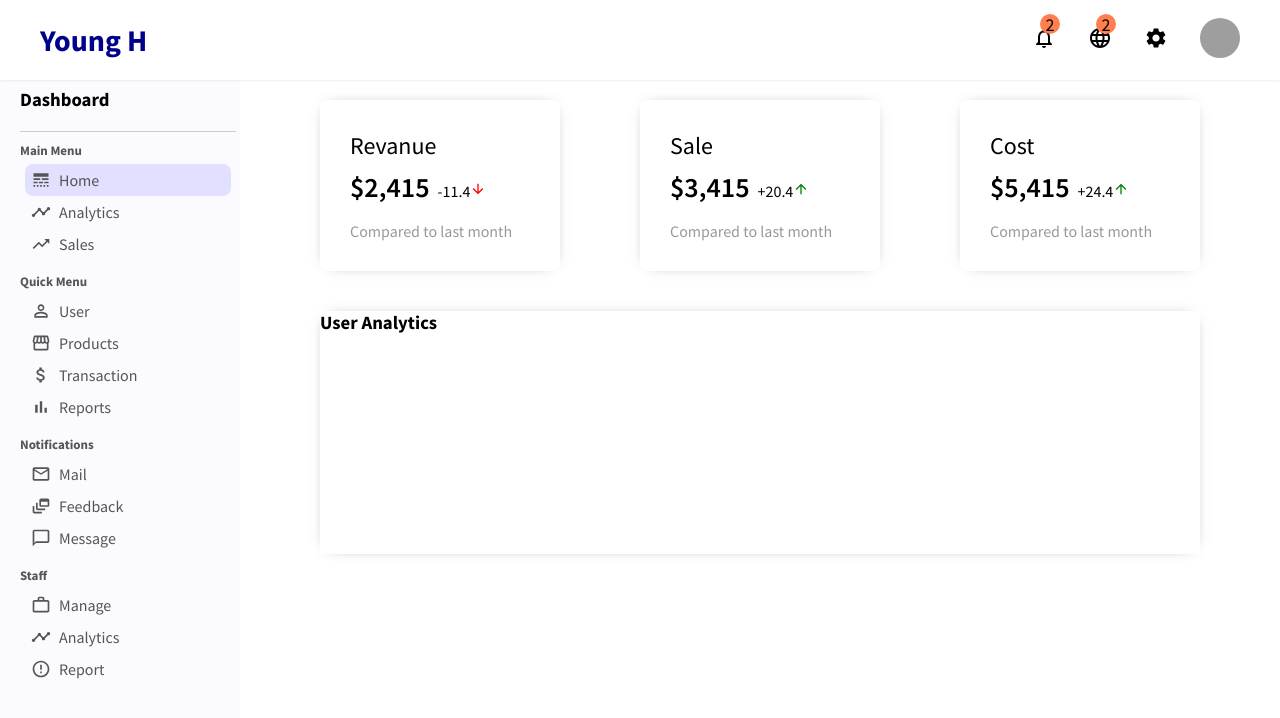
Repository: noname20011/admin
Page: /
These files come from the project's save history. The page is drawn as it stood at one moment and after a run of saves; the edit follows.
The browser window is 1280 px wide. The pictures show the whole page.
Pictures or frames that could not be fetched are drawn as grey boxes. The project was rebuilt for these pictures with package versions that can differ from the ones it lists, and the page was loaded fresh each time.

Above is the page before, as saved 2021-11-13 11:33:49.

After the next 2 saves:
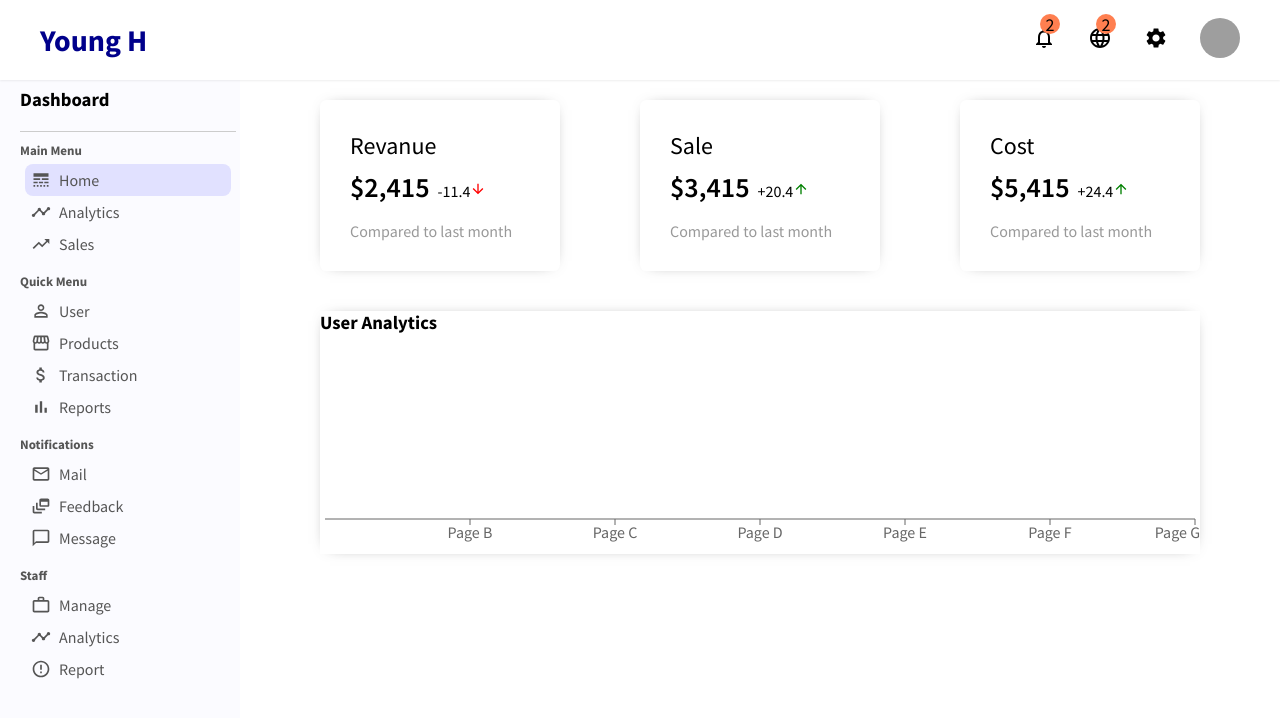
The 2 saves are shown as one change because 1 did not build or start.
The last was saved 107 s later.
--- a/src/comopnents/chart/Chart.jsx
+++ b/src/comopnents/chart/Chart.jsx
@@ -53,7 +53,9 @@ export default function Chart() {
         <div className="chart">
             <h3 className="chartTitle">User Analytics</h3>
             <ResponsiveContainer width="100%" aspect={4 / 1}>
-                <LineChart data={data}/>
+                <LineChart data={data}>
+                    <XAxis dataKey="name" />
+                </LineChart>
             </ResponsiveContainer>
         </div>
     )
